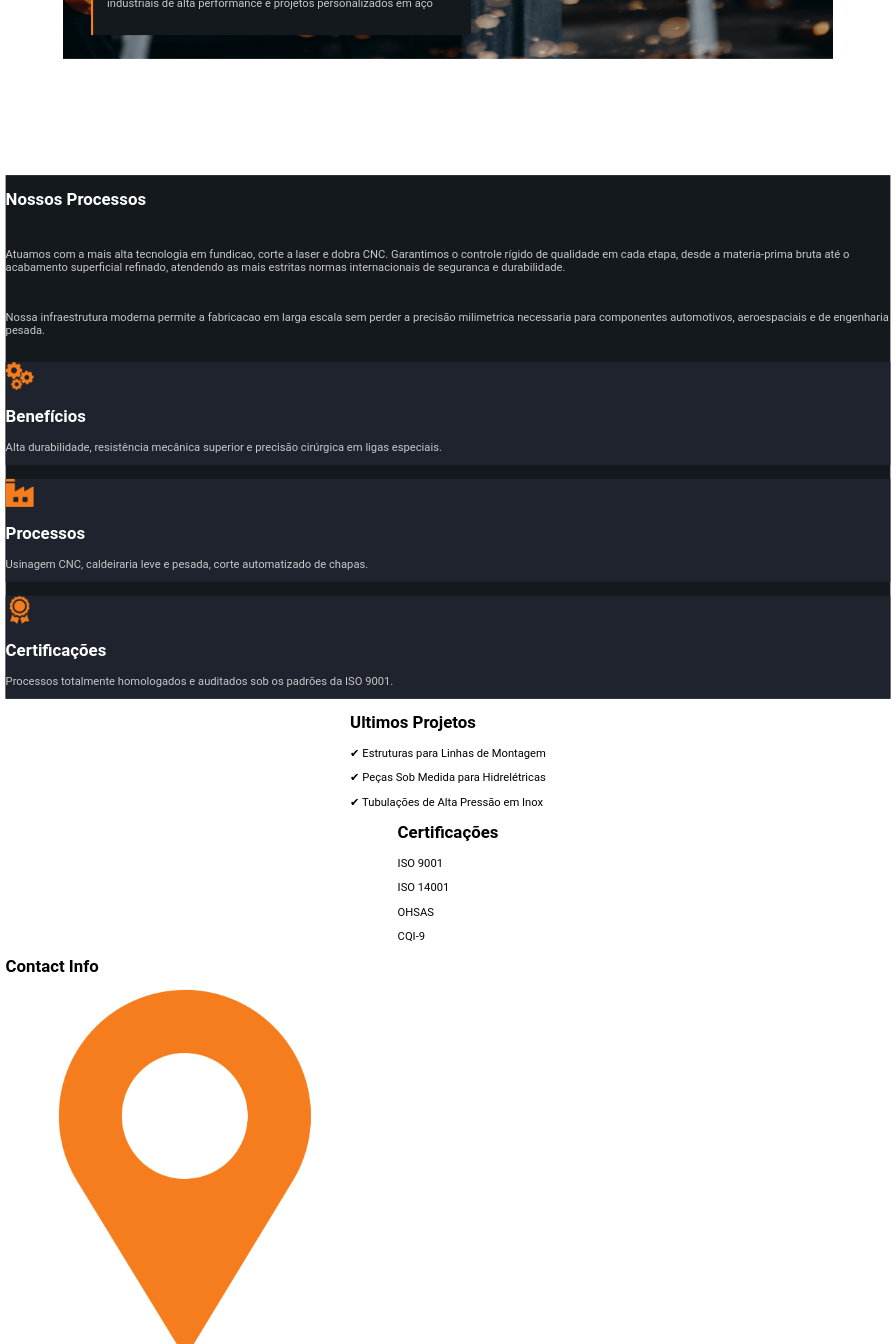
Repository: guiCherpinski/landing-page-metalurgica
Page: index.html
These files come from the project's save history. The page is drawn as it stood at one moment and after the next save; the edit follows.
The browser window is 1280 px wide. The pictures show the part of the page from y = 393 to 2313 px (the page is 4757 px tall before and 4609 px after), at 70% of full size.

Above is the page before, as saved 2026-06-03 20:23:06.

After the next save:
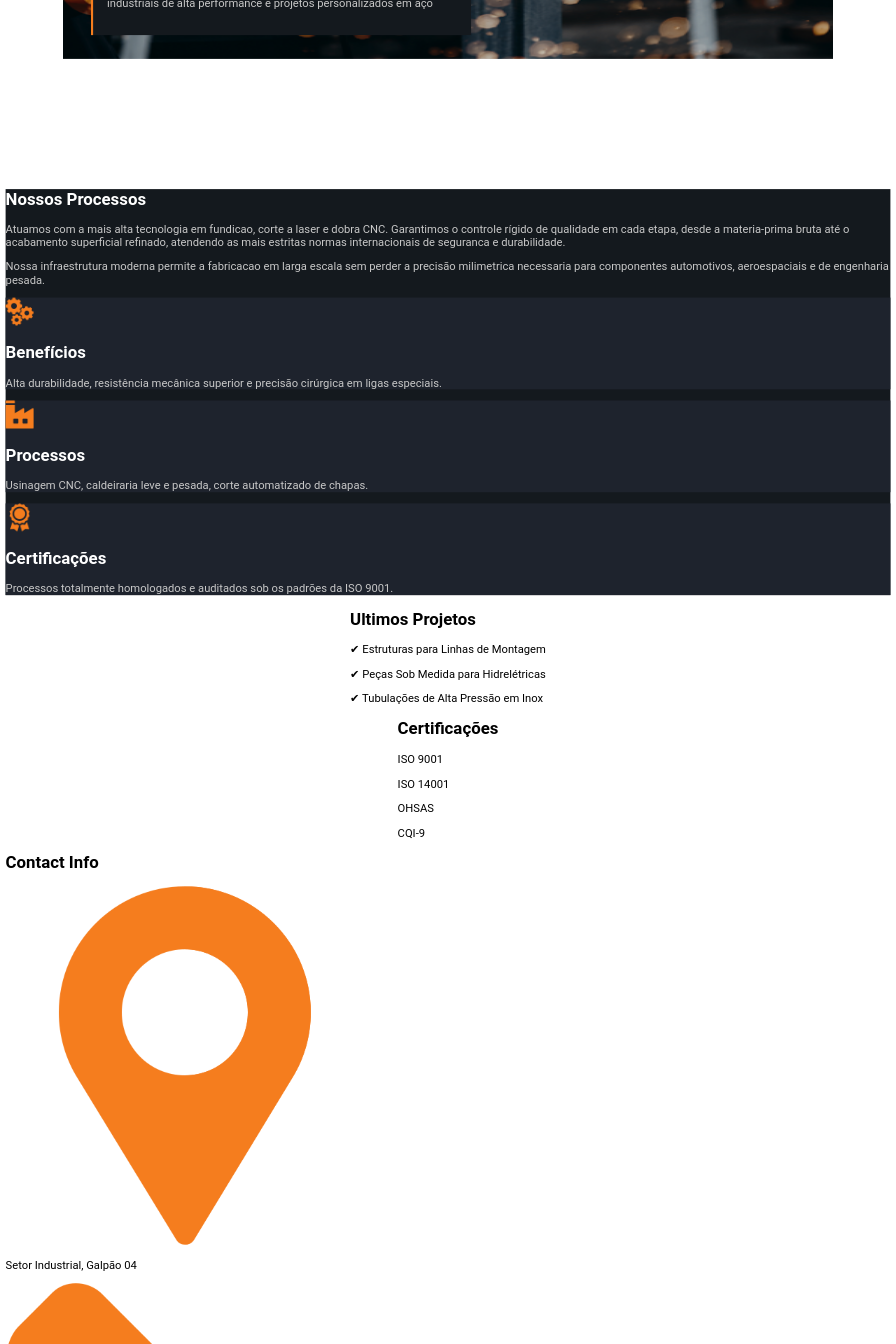
Saved 66 s later.
--- a/style.css
+++ b/style.css
@@ -72,9 +72,6 @@ header button:hover{
 }
 
 .our-process{
-    display: grid;
-    grid-template-columns: 1fr;
-    gap: 20px;
     background: #14191E;
 }
 
